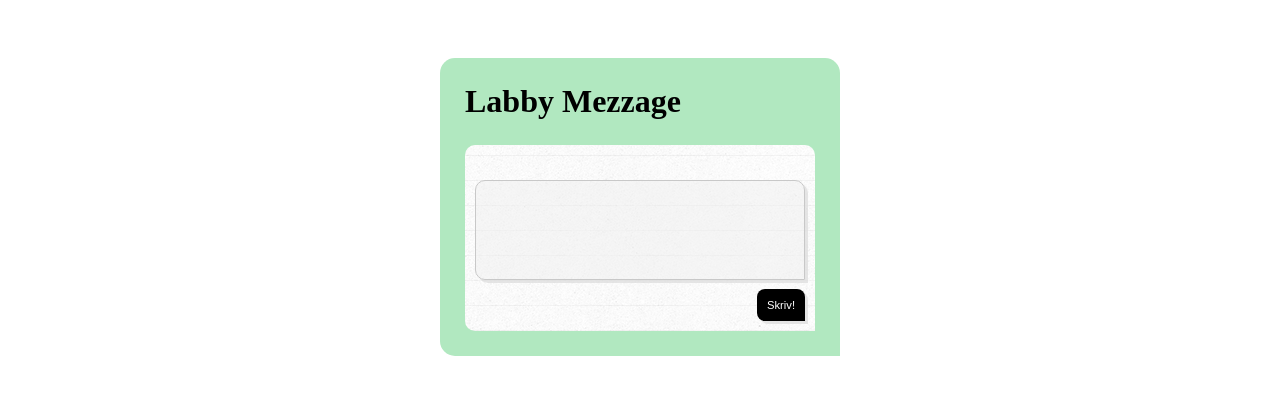
Repository: lw222gu/1dv403-laborationer
Page: 2-labbymezzage/index.html
The author's editor kept a record of every edit. The page is drawn from the files as they stood at one moment, then again after the next edit.
The browser window is 1280 px wide. The pictures show the whole page.
Some web fonts or font styles are not loaded; a fallback is used.

Above is the page before.

### 2-labbymezzage/index.html
<!doctype html>
<html lang = "sv">
    <head>
        <meta charset="utf-8" />
        <meta name="viewport" content="width=device-width, initial-scale=1.0" />
        <title>Labby Mezzage</title>

        <!-- Main CSS -->
        <link rel="stylesheet" href="css/style.css" />

        <!-- Fonts -->
        <link href='//fonts.googleapis.com/css?family=Shadows+Into+Light+Two' rel='stylesheet' type='text/css'>

        <!-- JavaScript -->
        <script src="mainscript.js"></script>
        <script src="message.js"></script>

    </head>

    <body>

        <div id="container">
            <header>
                <h1>Labby Mezzage</h1>
            </header>

            <main>
                <div id="messages">
<!--                <ul>
                        <li>Ett testinlägg för att kunna skriva css:en för listor och listelement.</li>
                        <li>Ett testinlägg för att kunna skriva css:en för listor och listelement.</li>
                    </ul>
-->
                </div>
                <div id="counter"></div>
                <textarea id="textbox"></textarea>
                <input id="button" type="submit" value="Skriv!" />
            </main>
        </div>

    </body>
</html>

### 2-labbymezzage/css/style.css
body {
    font-size: 1em;
    padding-top:50px;
    font-family:Arial, sans-serif;
}

#container {
    max-width: 350px;
    margin: 0 auto 0 auto;
    background-color:#B1E8C0;
    overflow: auto;
    padding:25px;
    border-radius:15px 15px 0px 15px;
}

main {
    width:inherit;
    background-color:#FFF;
    background-image:url(pics/linedpaper.png);
    margin-top:25px;
    padding:10px;
    border-radius:10px 10px 0px 10px;
    overflow:auto;

}

h1 {
    font-family: 'Shadows Into Light Two', cursive;
    color: #000 ;
    margin:0px;
}

.message {
    padding:10px;
    font-family: 'Shadows Into Light Two', cursive;
    font-size:1em;
    color:#000;
    background-color:rgba(240, 240, 240, 0.5);
    border-radius:10px 10px 0px 10px;
    box-shadow:3px 3px 0px rgba(220, 220, 220, 0.7);
    margin-bottom: 6px;
}

p {
    margin-top:0px;
    margin-bottom:10px;
}

#counter, .datetext {
    font-family:Arial, sans-serif;
    font-size:0.7em;
    text-align:right;
    margin-bottom:5px;
}

#counter {
    padding:10px;
}

#textbox {
    resize:none;
    box-sizing:border-box;
    width: 100%;
    overflow:auto;
    height:100px;
    padding:10px;
    margin-bottom:5px;
    border-width:1px;
    border-color:rgb(200, 200, 200);
    border-style:solid;
    border-radius:10px 10px 0px 10px;
    box-shadow:3px 3px 0px rgba(220, 220, 220, 0.7);
    background-color:rgba(240, 240, 240, 0.5);
}

#button {
    float:right;
    padding:10px;
    border-radius:8px 8px 0px 8px;
    border:none;
    color:#FFF;
    background-color:#000;
    cursor: pointer;
    box-shadow:3px 3px 0px rgba(220, 220, 220, 0.7);
    font-size:0.7em;
}

### 2-labbymezzage/mainscript.js
"use strict";

var mezzageApp = {

    messages: [],

    init: function(e){

        var button = document.querySelector("#button");

        button.onclick = function(){

            var message = document.getElementById("textbox").value;

            var mess = new Message(message, new Date());
            mezzageApp.messages.push(mess);
            console.log(mezzageApp.messages);

            mezzageApp.renderMessages(mezzageApp.messages[mezzageApp.messages.length-1]);

        };

    },


    renderMessages: function(){

        document.getElementById("messages").innerHTML = "";
        var textbox = document.querySelector("#textbox");

        var counter = 0;
        document.getElementById("counter").innerHTML = "Antal meddelanden: " + counter;

        for (var i = 0; i < mezzageApp.messages.length; ++i){
            mezzageApp.renderMessage(i);
            textbox.value = "";
            counter++;
        }

    },


    renderMessage: function(messageID){

        var myMessages = document.getElementById("messages");

        var oneMessage = document.createElement("div");
        oneMessage.className = "message";

        var text = document.createElement("p");
        text.className = "messagetext";

        var date = document.createElement("footer");
        date.className = "datetext";

        text.innerHTML = mezzageApp.messages[messageID].getHTMLText();
        date.innerHTML = mezzageApp.messages[messageID].getDateText();
        oneMessage.appendChild(text);
        oneMessage.appendChild(date);

        myMessages.appendChild(oneMessage);

    },

};

window.onload = mezzageApp.init; //pekar på metoden init som kommer köras när sidan laddats




//            Message.message = document.getElementById("#textbox").value;


//        sendMess.addEventListener("click", function(){
//           var mess = new Message();
//        });

   /*
        var mess = new Message("Testmeddelande", new Date());
        alert(mess);
        alert(mess.getText());
        mess.setText("En annan text att testa");
        alert(mess);

        mezzageApp.messages.push(mess, "Kiwi");
        alert(mezzageApp.messages[1]);
        console.log(mess);
    */




 //Ul istället för div
 /*
            if(!clickedOnce){
                divMessages.appendChild(ul);
                clickedOnce = true;
            }
 */

    /*
            for (mess in mezzageApp.messages){
                var text = document.createElement("p");
                text.className = "messagetext";
                var date = document.createElement("p");
                date.className = "datetext";
                li = document.createElement("li");
                text.innerHTML = mezzageApp.messages[mess].getHTMLText(message);
                date.innerHTML = mezzageApp.messages[mess].getDateText();
                li.appendChild(text);
                li.appendChild(date);
            }

            ul.appendChild(li);
            var textbox = document.querySelector("#textbox");
            textbox.value = "";
 */

### 2-labbymezzage/message.js
"use strict";
/* Message constructor */

function Message(message, date){

    this.getText = function(){
        return message;
    };

    this.setText = function(_text){
        message = _text;
    };

    this.getDate = function(){
        return date;
    };

    this.setDate = function(_date){
        date = _date;
    };
}

Message.prototype.toString = function(){
    // Returnerar objektet som en sträng
    return (this.getText() + " (" + this.getDate() + ")");
};

Message.prototype.getHTMLText = function(){
    // Hämtar texten med \n utbytt mot <br/>
    var text = this.getText().replace(/\n/g, "<br />");
    return text;
};

Message.prototype.getDateText = function(){
    var dateText = this.getDate();
    return dateText;
};

After the next edit:
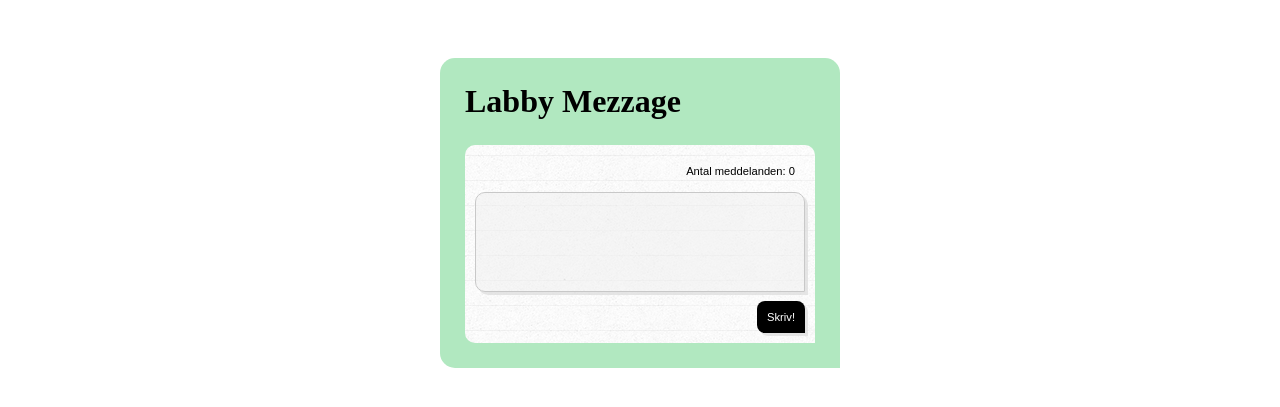
The edit:
--- a/2-labbymezzage/mainscript.js
+++ b/2-labbymezzage/mainscript.js
@@ -7,6 +7,7 @@
     init: function(e){
 
         var button = document.querySelector("#button");
+        document.getElementById("counter").innerHTML = "Antal meddelanden: 0";
 
         button.onclick = function(){
 
